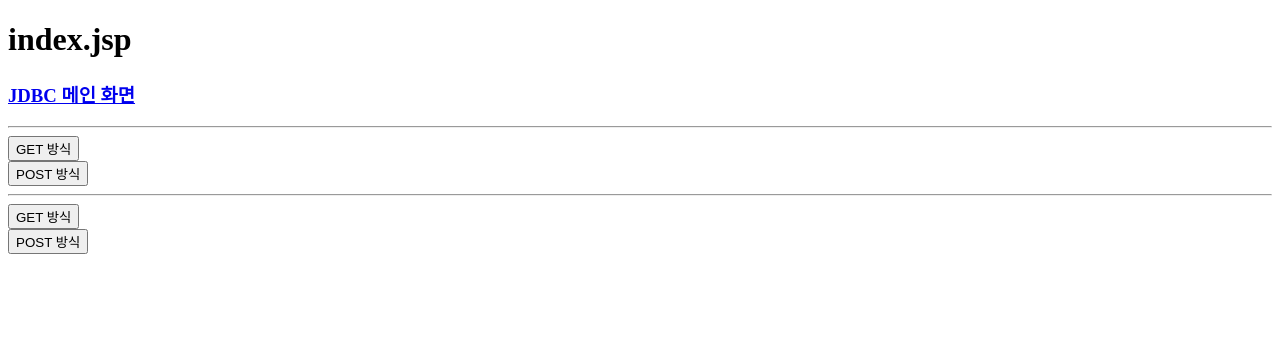
Repository: junesse-afk/ITJSP
Page: http://localhost/StudyJSP/
An editor plug-in stored every save of this project. The page is shown before and after the next save, followed by the edit.
The browser window is 1280 px wide. The pictures show the whole page.
The page is served by Tomcat 10.

Above is the page before, as saved 2024-12-02 01:28:40.

After the next save:
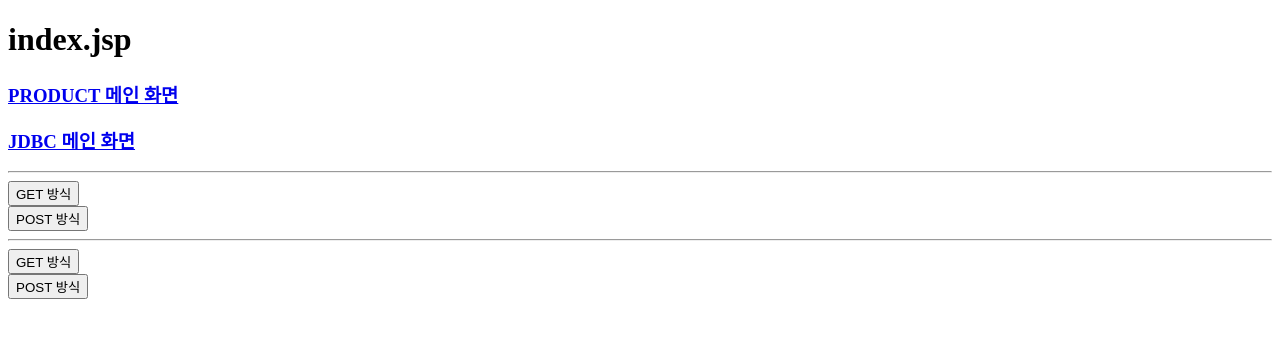
Saved 10 s later.
--- a/workspace_jsp/StudyJSP/src/main/webapp/default.jsp
+++ b/workspace_jsp/StudyJSP/src/main/webapp/default.jsp
@@ -10,7 +10,7 @@
 
 	<h1>index.jsp</h1>
 
-	<h3><a href="ProductMain.pr"></a></h3>
+	<h3><a href="ProductMain.pr">PRODUCT 메인 화면</a></h3>
 
 	<h3><a href="Main.jdbc">JDBC 메인 화면</a></h3>
 
